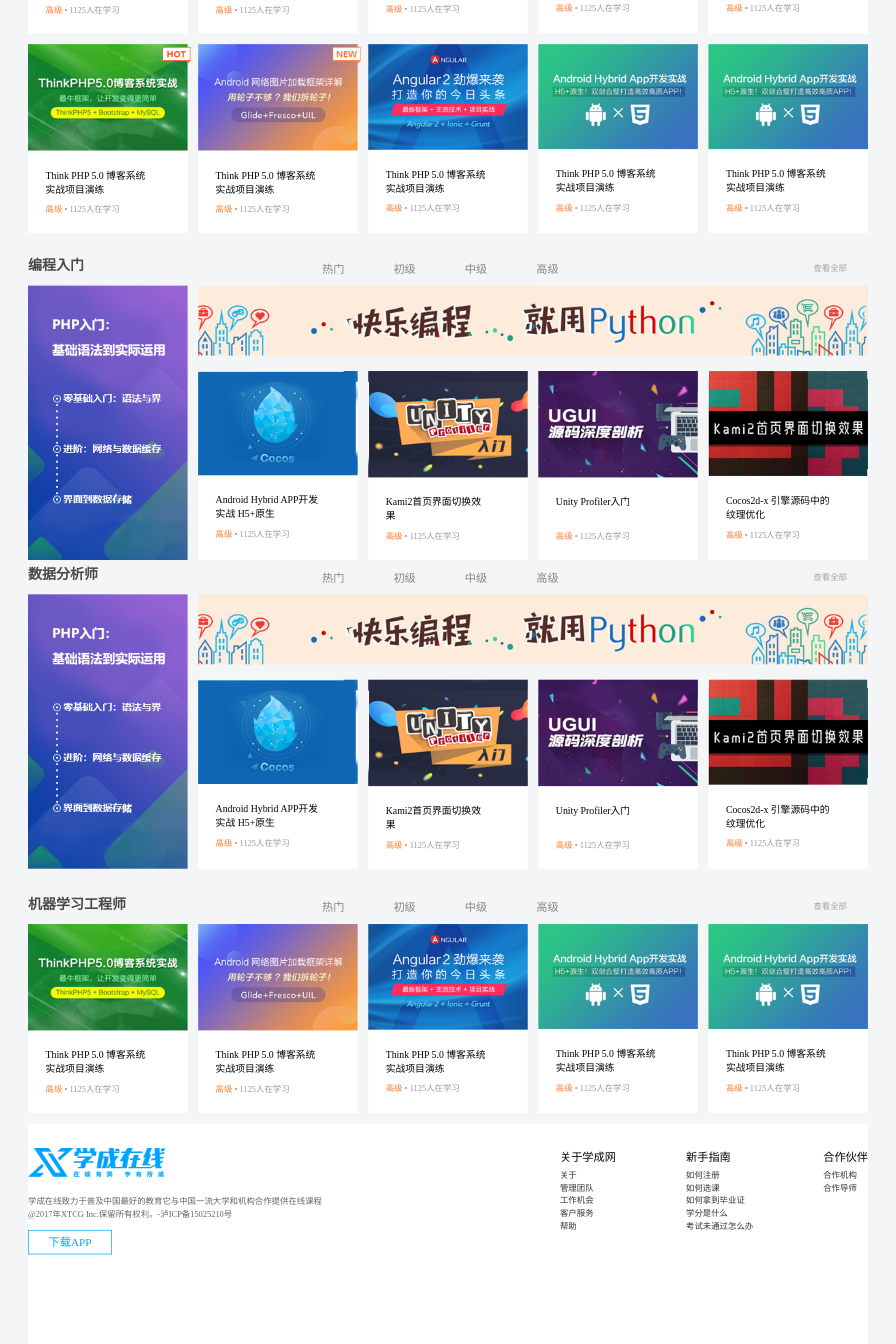
Repository: ywq0312/XueCheng
Page: index.html
The author's editor kept a copy of each file at every save. The page is drawn from the files as they stood at one save, then again after the next save.
The browser window is 1280 px wide. The pictures show the part of the page from y = 890 to 2810 px (the page is 2810 px tall), at 70% of full size.

Above is the page before, as saved 2021-05-19 15:48:57.

### index.html
<!DOCTYPE html>
<html lang="en">

<head>
    <meta charset="UTF-8">
    <meta http-equiv="X-UA-Compatible" content="IE=edge">
    <meta name="viewport" content="width=device-width, initial-scale=1.0">
    <title>学成在线</title>
    <!-- 引入重置样式表 -->
    <!-- <link rel="stylesheet" href="./css/reset.css"> -->
    <!-- 引入公共样式表 -->
    <link rel="stylesheet" href="./css/base.css">
    <!-- 引入图标字体库 -->
    <link rel="stylesheet" href="./fa/css/all.css">
    <!-- 引入css样式 -->
    <link rel="stylesheet" href="./css/style.css">
</head>

<body>
    <!-- 1.头部区域 -->
    <div class="header w">
        <!-- logo部分 -->
        <div class="logo">
            <img src="./images/学成在线.png" alt="学成在线logo">
        </div>
        <!-- 导航栏部分nav -->
        <div class="nav">
            <ul>
                <li><a href="#">首页</a></li>
                <li><a href="#">课程</a></li>
                <li><a href="#">职业规划</a></li>
            </ul>
        </div>
        <!-- 搜索框 -->
        <div class="search">
            <!-- 输入关键字可以用  placeholder = "输入关键字" -->
            <input type="text" value="输入关键字" name="" id="">
            <!--
                文本框input、表单、单元格、图片都是行内块元素，行内块元素之间有一个默认缝隙
                解决办法：1.浮动中间无缝隙，可给input、button都加上浮动
            -->
            <button></button>
        </div>
        <!-- 用户模块 -->
        <div class="user">
            <img src="./images/user.png" alt="">
            qq-lilei
        </div>
    </div>
    <!-- 2.bannar部分 -->
    <div class="banner">
        <div class="w">
            <!-- 左侧导航栏模块 -->
            <div class="subnav">
                <ul>
                    <li>
                        <a href="#">
                            前端开发
                            <span> &gt; </span>
                            <!-- 如果用的是字体图标库，则需加上line-height -->
                            <!-- <span class="fas fa-angle-right"></span> -->
                        </a>
                        <!-- 这个符号也可以用大于号>代替 -->
                    </li>
                    <li>
                        <a href="#">
                            后端开发
                            <span>&gt;</span>
                            <!-- <span class="fas fa-angle-right"></span> -->
                        </a>
                    </li>
                    <li>
                        <a href="#">
                            移动开发
                            <span>&gt;</span>
                            <!-- <span class="fas fa-angle-right"></span> -->
                        </a>
                    </li>
                    <li>
                        <a href="#">
                            人工智能
                            <span>&gt;</span>
                            <!-- <span class="fas fa-angle-right"></span> -->
                        </a>
                    </li>
                    <li>
                        <a href="#">
                            商业预测
                            <span>&gt;</span>
                            <!-- <span class="fas fa-angle-right"></span> -->
                        </a>
                    </li>
                    <li>
                        <a href="#">
                            云计算&大数据
                            <span>&gt;</span>
                            <!-- <span class="fas fa-angle-right"></span> -->
                        </a>
                    </li>
                    <li>
                        <a href="#">
                            运维&从测试
                            <span>&gt;</span>
                            <!-- <span class="fas fa-angle-right"></span> -->
                        </a>
                    </li>
                    <li>
                        <a href="#">
                            UI设计
                            <span>&gt;</span>
                            <!-- <span class="fas fa-angle-right"></span> -->
                        </a>
                    </li>
                    <li>
                        <a href="#">
                            产品
                            <span>&gt;</span>
                            <!-- <span class="fas fa-angle-right"></span> -->
                        </a>
                    </li>
                </ul>
            </div>
            <!-- 课程表模块 -->
            <div class="course">
                <h2>我的课程表</h2>
                <div class="bd">
                    <ul>
                        <li>
                            <a href="#">
                                <h4>继续学习 程序语言设计</h4>
                                <p>正在学习-使用对象</p>
                            </a>
                        </li>
                        <li>
                            <a href="#">
                                <h4>继续学习 程序语言设计</h4>
                                <p>正在学习-使用对象</p>
                            </a>
                        </li>
                        <li>
                            <a href="#">
                                <h4>继续学习 程序语言设计</h4>
                                <p>正在学习-使用对象</p>
                            </a>
                        </li>
                    </ul>
                    <a href="#" class="more">全部课程</a>
                </div>
            </div>
        </div>
    </div>
    <!-- 3.精品推荐 -->
    <div class="goods w">
        <h3>精品推荐</h3>
        <ul>
            <li><a href="#">jQuery</a></li>
            <li><a href="#">Spark</a></li>
            <li><a href="#">MySQL</a></li>
            <li><a href="#">JavaWeb</a></li>
            <li><a href="#">MySQL</a></li>
            <li><a href="#">JavaWeb</a></li>
        </ul>
        <a href="#" class="mod">修改兴趣</a>
    </div>
    <!-- 4.box核心内容区域 -->
    <div class="box w">
        <div class="box-hd">
            <h3>精品推荐</h3>
            <a href="#">查看全部</a>
        </div>
        <div class="box-bd">
            <!-- ul清楚浮动的原因是底下的li是浮动的，脱离了标准流，会让下面的内容跑到li底下（子不教父之过，所以给li的父元素清除浮动） -->
            <ul class="clearfix">
                <li>
                    <em>
                        <!-- 因为底下已经有一个img图片设置了样式，所以用另外一个标签包含 -->
                        <img src="./images/hot.png" alt="">
                    </em>
                    <img src="./images/pic.png" alt="">
                    <h4>Think PHP 5.0 博客系统实战项目演练</h4>
                    <div class="info">
                        <span>高级</span> • 1125人在学习
                    </div>
                </li>
                <li>
                    <em>
                        <img src="./images/new.png" alt="">
                    </em>
                    <img src="./images/pic2.png" alt="">
                    <h4>Think PHP 5.0 博客系统实战项目演练</h4>
                    <div class="info">
                        <span>高级</span> • 1125人在学习
                    </div>
                </li>
                <li>
                    <img src="./images/pic3.png" alt="">
                    <h4>Think PHP 5.0 博客系统实战项目演练</h4>
                    <div class="info">
                        <span>高级</span> • 1125人在学习
                    </div>
                </li>
                <li>
                    <img src="./images/pic4.png" alt="">
                    <h4>Think PHP 5.0 博客系统实战项目演练</h4>
                    <div class="info">
                        <span>高级</span> • 1125人在学习
                    </div>
                </li>
                <li>
                    <img src="./images/pic4.png" alt="">
                    <h4>Think PHP 5.0 博客系统实战项目演练</h4>
                    <div class="info">
                        <span>高级</span> • 1125人在学习
                    </div>
                </li>
                <li>
                    <em>
                        <img src="./images/hot.png" alt="">
                    </em>
                    <img src="./images/pic.png" alt="">
                    <h4>Think PHP 5.0 博客系统实战项目演练</h4>
                    <div class="info">
                        <span>高级</span> • 1125人在学习
                    </div>
                </li>
                <li>
                    <em>
                        <img src="./images/new.png" alt="">
                    </em>
                    <img src="./images/pic2.png" alt="">
                    <h4>Think PHP 5.0 博客系统实战项目演练</h4>
                    <div class="info">
                        <span>高级</span> • 1125人在学习
                    </div>
                </li>
                <li>
                    <img src="./images/pic3.png" alt="">
                    <h4>Think PHP 5.0 博客系统实战项目演练</h4>
                    <div class="info">
                        <span>高级</span> • 1125人在学习
                    </div>
                </li>
                <li>
                    <img src="./images/pic4.png" alt="">
                    <h4>Think PHP 5.0 博客系统实战项目演练</h4>
                    <div class="info">
                        <span>高级</span> • 1125人在学习
                    </div>
                </li>
                <li>
                    <img src="./images/pic4.png" alt="">
                    <h4>Think PHP 5.0 博客系统实战项目演练</h4>
                    <div class="info">
                        <span>高级</span> • 1125人在学习
                    </div>
                </li>
            </ul>
        </div>
    </div>
    <!-- 5.内容区 -->
    <div class="content w clearfix">
        <div class="content-hd">
            <h3>编程入门</h3>
            <ul>
                <li><a href="#">热门</a></li>
                <li><a href="#">初级</a></li>
                <li><a href="#">中级</a></li>
                <li><a href="#">高级</a></li>
            </ul>
            <a href="#">查看全部</a>
        </div>
        <div class="content-left">
            <img src="./images/c-pic1.png" alt="">
        </div>
        <div class="content-right">
            <div class="content-top">
                <img src="./images/c-pic.png" alt="">
            </div>
            <div class="content-btn">
                <ul>
                    <li>
                        <img src="./images/c-pic2.png" alt="">
                        <h4>Android Hybrid APP开发实战 H5+原生</h4>
                        <div class="info">
                            <span>高级</span> • 1125人在学习
                        </div>
                    </li>
                    <li>
                        <img src="./images/c-pic3.png" alt="">
                        <h4>Kami2首页界面切换效果</h4>
                        <div class="info">
                            <span>高级</span> • 1125人在学习
                        </div>
                    </li>
                    <li>
                        <img src="./images/c-cip4.png" alt="">
                        <h4>Unity Profiler入门</h4>
                        <div class="info">
                            <span>高级</span> • 1125人在学习
                        </div>
                    </li>
                    <li>
                        <img src="./images/c-cip5.png" alt="">
                        <h4>Cocos2d-x 引擎源码中的纹理优化</h4>
                        <div class="info">
                            <span>高级</span> • 1125人在学习
                        </div>
                    </li>
                </ul>
            </div>
        </div>
        <div class="content w clearfix">
            <div class="content-hd">
                <h3>数据分析师</h3>
                <ul>
                    <li><a href="#">热门</a></li>
                    <li><a href="#">初级</a></li>
                    <li><a href="#">中级</a></li>
                    <li><a href="#">高级</a></li>
                </ul>
                <a href="#">查看全部</a>
            </div>
            <div class="content-left">
                <img src="./images/c-pic1.png" alt="">
            </div>
            <div class="content-right">
                <div class="content-top">
                    <img src="./images/c-pic.png" alt="">
                </div>
                <div class="content-btn">
                    <ul>
                        <li>
                            <img src="./images/c-pic2.png" alt="">
                            <h4>Android Hybrid APP开发实战 H5+原生</h4>
                            <div class="info">
                                <span>高级</span> • 1125人在学习
                            </div>
                        </li>
                        <li>
                            <img src="./images/c-pic3.png" alt="">
                            <h4>Kami2首页界面切换效果</h4>
                            <div class="info">
                                <span>高级</span> • 1125人在学习
                            </div>
                        </li>
                        <li>
                            <img src="./images/c-cip4.png" alt="">
                            <h4>Unity Profiler入门</h4>
                            <div class="info">
                                <span>高级</span> • 1125人在学习
                            </div>
                        </li>
                        <li>
                            <img src="./images/c-cip5.png" alt="">
                            <h4>Cocos2d-x 引擎源码中的纹理优化</h4>
                            <div class="info">
                                <span>高级</span> • 1125人在学习
                            </div>
                        </li>
                    </ul>
                </div>
            </div>
    </div>

    <!-- 其他内容 -->
    <div class="box">
        <div class="content-hd">
            <h3>机器学习工程师</h3>
            <ul>
                <li><a href="#">热门</a></li>
                <li><a href="#">初级</a></li>
                <li><a href="#">中级</a></li>
                <li><a href="#">高级</a></li>
            </ul>
            <a href="#">查看全部</a>
        </div>
        <div class="box-bd">
            <!-- ul清楚浮动的原因是底下的li是浮动的，脱离了标准流，会让下面的内容跑到li底下（子不教父之过，所以给li的父元素清除浮动） -->
            <ul class="clearfix">
                <li>
                    <img src="./images/pic.png" alt="">
                    <h4>Think PHP 5.0 博客系统实战项目演练</h4>
                    <div class="info">
                        <span>高级</span> • 1125人在学习
                    </div>
                </li>
                <li>
                    <img src="./images/pic2.png" alt="">
                    <h4>Think PHP 5.0 博客系统实战项目演练</h4>
                    <div class="info">
                        <span>高级</span> • 1125人在学习
                    </div>
                </li>
                <li>
                    <img src="./images/pic3.png" alt="">
                    <h4>Think PHP 5.0 博客系统实战项目演练</h4>
                    <div class="info">
                        <span>高级</span> • 1125人在学习
                    </div>
                </li>
                <li>
                    <img src="./images/pic4.png" alt="">
                    <h4>Think PHP 5.0 博客系统实战项目演练</h4>
                    <div class="info">
                        <span>高级</span> • 1125人在学习
                    </div>
                </li>
                <li>
                    <img src="./images/pic4.png" alt="">
                    <h4>Think PHP 5.0 博客系统实战项目演练</h4>
                    <div class="info">
                        <span>高级</span> • 1125人在学习
                    </div>
                </li>
            </ul>
        </div>
    </div>
    <!-- footer 页底模块 -->
    <div class="footer">
        <div class="w">
            <div class="copyright">
                <img src="./images/学成在线.png" alt="">
                <p>学成在线致力于普及中国最好的教育它与中国一流大学和机构合作提供在线课程<br>@2017年XTCG Inc.保留所有权利。-泸ICP备15025210号
                </p>
                <a href="#" class="app">下载APP</a>
            </div>
            <div class="links">
                <dl>
                    <dt><a href="#">关于学成网</a></dt>
                    <dd><a href="#">关于</a></dd>
                    <dd><a href="#">管理团队</a></dd>
                    <dd><a href="#">工作机会</a></dd>
                    <dd><a href="#">客户服务</a></dd>
                    <dd><a href="#">帮助</a></dd>
                </dl>
                <dl>
                    <dt><a href="#">新手指南</a></dt>
                    <dd><a href="#">如何注册</a></dd>
                    <dd><a href="#">如何选课</a></dd>
                    <dd><a href="#">如何拿到毕业证</a></dd>
                    <dd><a href="#">学分是什么</a></dd>
                    <dd><a href="#">考试未通过怎么办</a></dd>
                </dl>
                <dl>
                    <dt><a href="#">合作伙伴</a></dt>
                    <dd><a href="#">合作机构</a></dd>
                    <dd><a href="#">合作导师</a></dd>
                </dl>
            </div>
        </div>
    </div>

    <script>
        var text = document.querySelector('input');
        text.onfocus = function () {
            if (this.value === "输入关键字") {
                this.value = '';
            }
            this.style.color = '#333';
        }
        text.onblur = function () {
            if (this.value === '') {
                this.value = '输入关键字';
            }
            this.style.color = '#bfbfbf';
        }
    </script>
</body>

</html>

### css/base.css
.clearfix::before,
.clearfix::after{
    display: table;
    clear: both;
    content: '';
}
.w{
    width: 1200px;
    margin: auto;
}
body{
    background-color: #f3f5f7;
}
a{
    text-decoration: none;
    color: #050505;
}
li{
    list-style-type: none;
}

Loaded but not shown: fa/css/all.css (library); css/style.css (333 lines, source omitted)

After the next save:
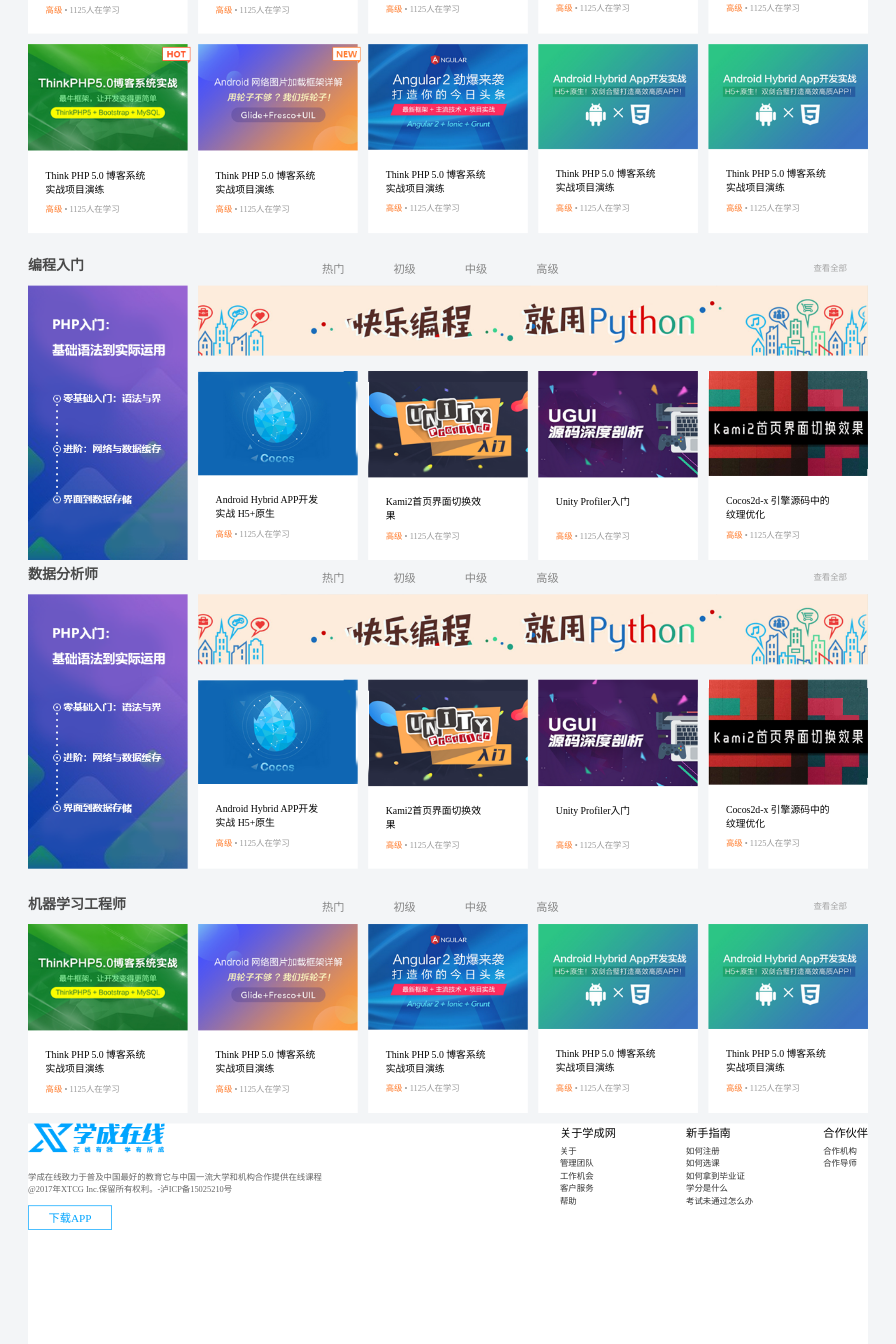
Saved 29 s later.
--- a/index.html
+++ b/index.html
@@ -417,7 +417,7 @@
     </div>
     <!-- footer 页底模块 -->
     <div class="footer">
-        <div class="w">
+        <div>
             <div class="copyright">
                 <img src="./images/学成在线.png" alt="">
                 <p>学成在线致力于普及中国最好的教育它与中国一流大学和机构合作提供在线课程<br>@2017年XTCG Inc.保留所有权利。-泸ICP备15025210号

After the save that followed:
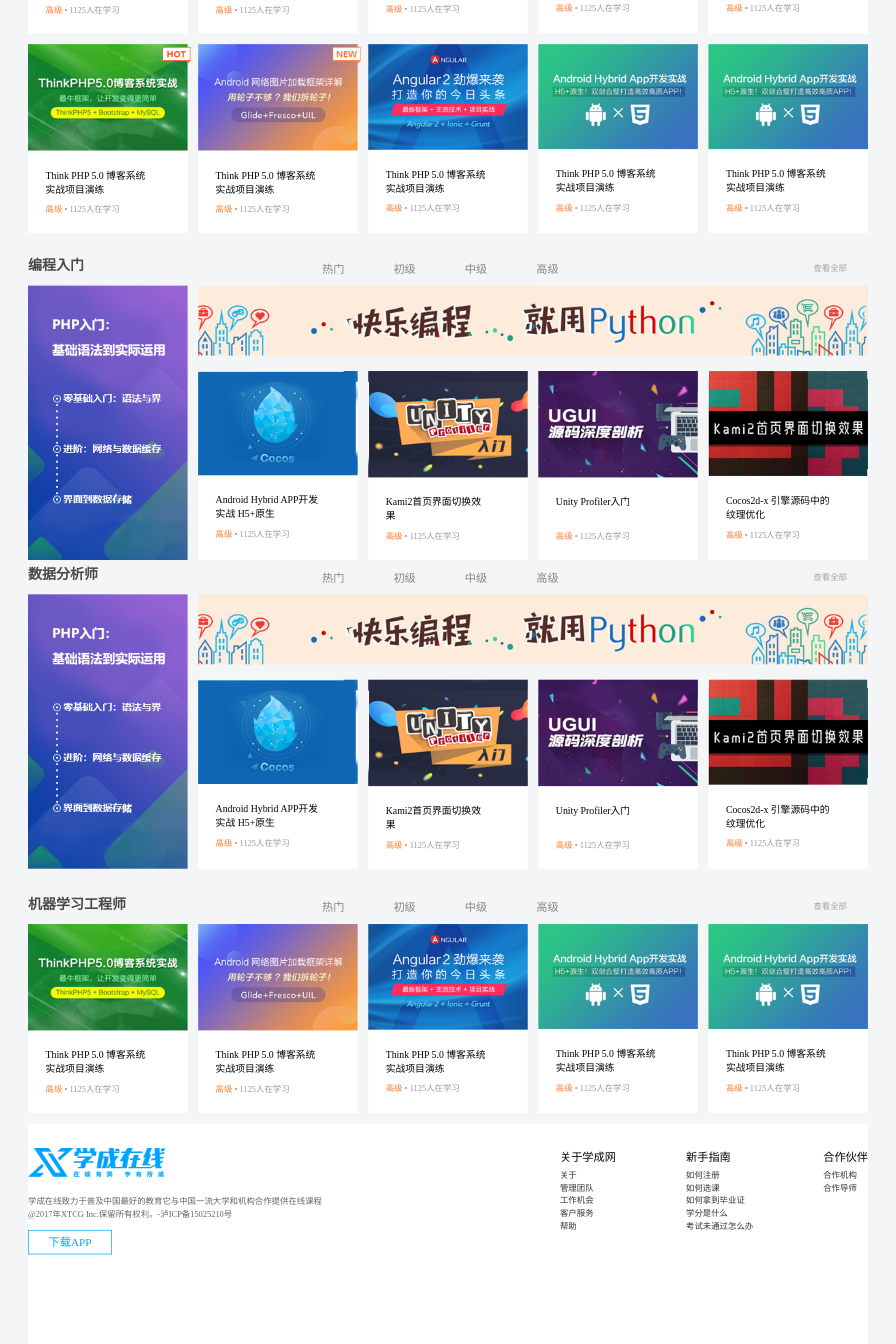
Saved 11 s later.
--- a/index.html
+++ b/index.html
@@ -417,7 +417,7 @@
     </div>
     <!-- footer 页底模块 -->
     <div class="footer">
-        <div>
+        <div class="w">
             <div class="copyright">
                 <img src="./images/学成在线.png" alt="">
                 <p>学成在线致力于普及中国最好的教育它与中国一流大学和机构合作提供在线课程<br>@2017年XTCG Inc.保留所有权利。-泸ICP备15025210号
